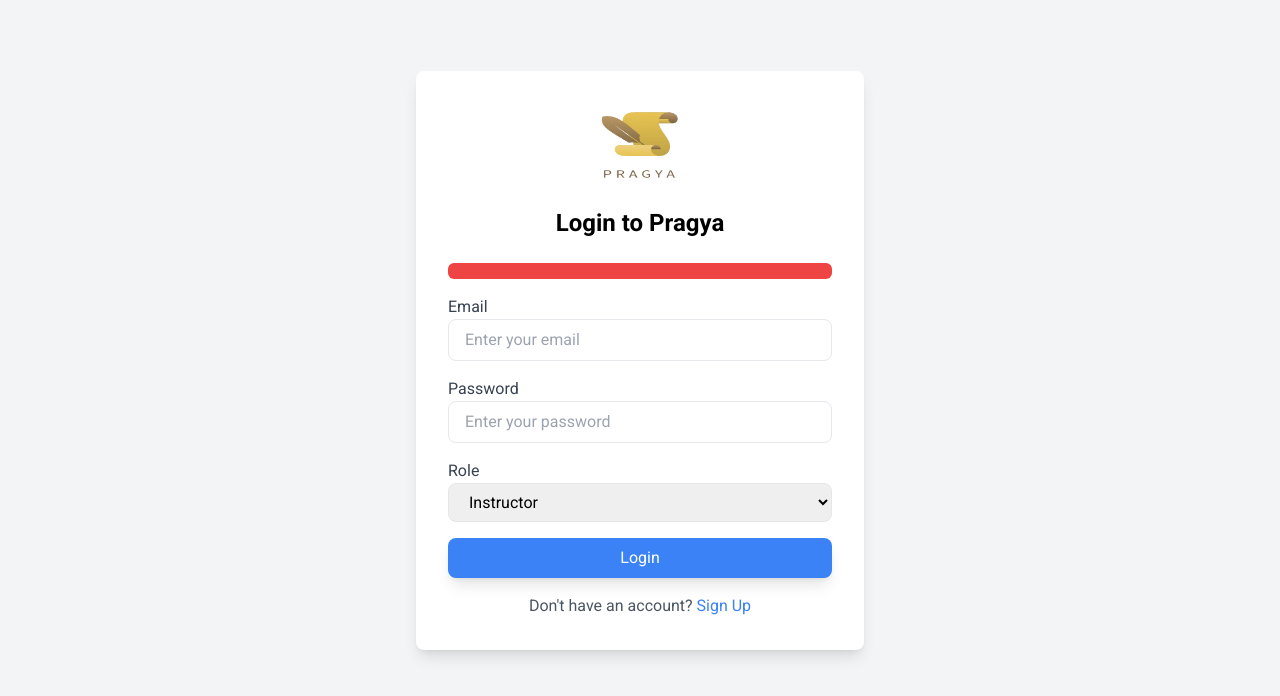
Repository: amii04/Intership_LearningManagementSystem
Page: http://localhost/LMS/login.jsp
These files come from the project's save history. The page is drawn as it stood at one moment and after the next save; the edit follows.
The browser window is 1280 px wide. The pictures show the whole page.
Some web libraries are served in a nearby version. The page is served by Tomcat 9. Other server files are loaded and not shown.

Above is the page before, as saved 2025-03-09 09:52:14.

### LMS/src/main/webapp/login.jsp

<!DOCTYPE html>
<html lang="en">
<head>
<meta charset="UTF-8">
<meta name="viewport" content="width=device-width, initial-scale=1.0">
<title>Login | Pragya</title>
<script src="https://cdn.tailwindcss.com"></script>
<link
	href="https://cdnjs.cloudflare.com/ajax/libs/font-awesome/5.15.3/css/all.min.css"
	rel="stylesheet" />
<link
	href="https://fonts.googleapis.com/css2?family=Roboto:wght@400;700&display=swap"
	rel="stylesheet" />
<style>
body {
	font-family: 'Roboto', sans-serif;
}

img {
	transform: rotate(180deg);
}
</style>
</head>
<body>

	<!-- Authentication Page -->
	<div class="min-h-screen flex items-center justify-center bg-gray-100">
		<div class="bg-white p-8 rounded-lg shadow-lg w-full max-w-md">
			<div class="flex justify-center mb-6">
				<img alt="Company logo" class="w-20 h-20" src="pragya.png" />
			</div>
			<h2 class="text-2xl font-bold mb-6 text-center">Login to Pragya</h2>

			<!-- Display error message dynamically -->
			<c:if test="${not empty errorMessage and errorMessage ne ''}">
				<div class="bg-red-500 text-white p-2 rounded-md mb-4 text-center">
					${errorMessage}</div>
			</c:if>

			<!-- Login Form -->
			<form action="login" method="post">
				<div class="mb-4">
					<label class="block text-gray-700">Email</label> <input
						type="email" name="email" value="${email}"
						class="w-full px-4 py-2 border rounded-lg focus:outline-none focus:ring-2 focus:ring-blue-500"
						placeholder="Enter your email" required />
				</div>
				<div class="mb-4">
					<label class="block text-gray-700">Password</label> <input
						type="password" name="password"
						class="w-full px-4 py-2 border rounded-lg focus:outline-none focus:ring-2 focus:ring-blue-500"
						placeholder="Enter your password" required />
				</div>
				<div class="mb-4">
					<label class="block text-gray-700">Role</label> <select name="role"
						class="w-full px-4 py-2 border rounded-lg focus:outline-none focus:ring-2 focus:ring-blue-500">
						<option value="INSTRUCTOR">Instructor</option>
						<option value="STUDENT">Student</option>
					</select>
				</div>
				<button type="submit"
					class="w-full bg-blue-500 text-white px-4 py-2 rounded-lg shadow-lg hover:bg-blue-600 transition duration-300">
					Login</button>
			</form>
			<p class="text-center text-gray-600 mt-4">
				Don't have an account? <a href="signup.jsp" class="text-blue-500">Sign
					Up</a>
			</p>
		</div>
	</div>

</body>
</html>

After the next save:
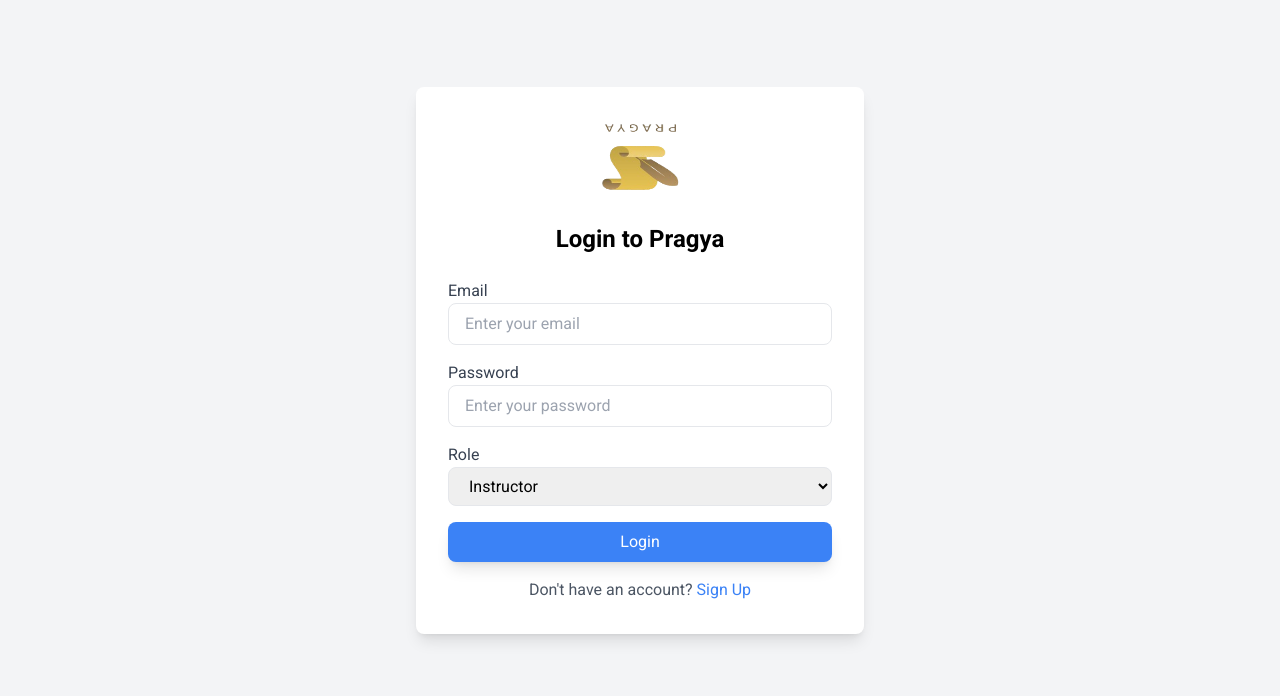
Saved 4 min 20 s later.
--- a/LMS/src/main/webapp/login.jsp
+++ b/LMS/src/main/webapp/login.jsp
@@ -1,3 +1,5 @@
+<%@ page language="java" contentType="text/html; charset=UTF-8" pageEncoding="UTF-8" %>
+<%@ taglib uri="http://java.sun.com/jsp/jstl/core" prefix="c" %>
 
 <!DOCTYPE html>
 <html lang="en">
@@ -6,69 +8,62 @@
 <meta name="viewport" content="width=device-width, initial-scale=1.0">
 <title>Login | Pragya</title>
 <script src="https://cdn.tailwindcss.com"></script>
-<link
-	href="https://cdnjs.cloudflare.com/ajax/libs/font-awesome/5.15.3/css/all.min.css"
-	rel="stylesheet" />
-<link
-	href="https://fonts.googleapis.com/css2?family=Roboto:wght@400;700&display=swap"
-	rel="stylesheet" />
+<link href="https://cdnjs.cloudflare.com/ajax/libs/font-awesome/5.15.3/css/all.min.css" rel="stylesheet" />
+<link href="https://fonts.googleapis.com/css2?family=Roboto:wght@400;700&display=swap" rel="stylesheet" />
 <style>
 body {
-	font-family: 'Roboto', sans-serif;
-}
-
-img {
-	transform: rotate(180deg);
+    font-family: 'Roboto', sans-serif;
 }
 </style>
 </head>
 <body>
 
-	<!-- Authentication Page -->
-	<div class="min-h-screen flex items-center justify-center bg-gray-100">
-		<div class="bg-white p-8 rounded-lg shadow-lg w-full max-w-md">
-			<div class="flex justify-center mb-6">
-				<img alt="Company logo" class="w-20 h-20" src="pragya.png" />
-			</div>
-			<h2 class="text-2xl font-bold mb-6 text-center">Login to Pragya</h2>
+<!-- Authentication Page -->
+<div class="min-h-screen flex items-center justify-center bg-gray-100">
+    <div class="bg-white p-8 rounded-lg shadow-lg w-full max-w-md">
+        <div class="flex justify-center mb-6">
+            <img alt="Company logo" class="w-20 h-20" src="pragya.png" />
+        </div>
+        <h2 class="text-2xl font-bold mb-6 text-center">Login to Pragya</h2>
 
-			<!-- Display error message dynamically -->
-			<c:if test="${not empty errorMessage and errorMessage ne ''}">
-				<div class="bg-red-500 text-white p-2 rounded-md mb-4 text-center">
-					${errorMessage}</div>
-			</c:if>
+        <!-- Display error message dynamically only if it exists -->
+        <c:if test="${not empty errorMessage}">
+            <div class="bg-red-500 text-white p-2 rounded-md mb-4 text-center">
+                ${errorMessage}
+            </div>
+        </c:if>
 
-			<!-- Login Form -->
-			<form action="login" method="post">
-				<div class="mb-4">
-					<label class="block text-gray-700">Email</label> <input
-						type="email" name="email" value="${email}"
-						class="w-full px-4 py-2 border rounded-lg focus:outline-none focus:ring-2 focus:ring-blue-500"
-						placeholder="Enter your email" required />
-				</div>
-				<div class="mb-4">
-					<label class="block text-gray-700">Password</label> <input
-						type="password" name="password"
-						class="w-full px-4 py-2 border rounded-lg focus:outline-none focus:ring-2 focus:ring-blue-500"
-						placeholder="Enter your password" required />
-				</div>
-				<div class="mb-4">
-					<label class="block text-gray-700">Role</label> <select name="role"
-						class="w-full px-4 py-2 border rounded-lg focus:outline-none focus:ring-2 focus:ring-blue-500">
-						<option value="INSTRUCTOR">Instructor</option>
-						<option value="STUDENT">Student</option>
-					</select>
-				</div>
-				<button type="submit"
-					class="w-full bg-blue-500 text-white px-4 py-2 rounded-lg shadow-lg hover:bg-blue-600 transition duration-300">
-					Login</button>
-			</form>
-			<p class="text-center text-gray-600 mt-4">
-				Don't have an account? <a href="signup.jsp" class="text-blue-500">Sign
-					Up</a>
-			</p>
-		</div>
-	</div>
+        <!-- Login Form -->
+        <form action="login" method="post">
+            <div class="mb-4">
+                <label class="block text-gray-700">Email</label>
+                <input type="email" name="email" value="${email}"
+                    class="w-full px-4 py-2 border rounded-lg focus:outline-none focus:ring-2 focus:ring-blue-500"
+                    placeholder="Enter your email" required />
+            </div>
+            <div class="mb-4">
+                <label class="block text-gray-700">Password</label>
+                <input type="password" name="password"
+                    class="w-full px-4 py-2 border rounded-lg focus:outline-none focus:ring-2 focus:ring-blue-500"
+                    placeholder="Enter your password" required />
+            </div>
+            <div class="mb-4">
+                <label class="block text-gray-700">Role</label>
+                <select name="role" class="w-full px-4 py-2 border rounded-lg focus:outline-none focus:ring-2 focus:ring-blue-500">
+                    <option value="INSTRUCTOR">Instructor</option>
+                    <option value="STUDENT">Student</option>
+                </select>
+            </div>
+            <button type="submit"
+                class="w-full bg-blue-500 text-white px-4 py-2 rounded-lg shadow-lg hover:bg-blue-600 transition duration-300">
+                Login
+            </button>
+        </form>
+        <p class="text-center text-gray-600 mt-4">
+            Don't have an account? <a href="signup.jsp" class="text-blue-500">Sign Up</a>
+        </p>
+    </div>
+</div>
 
 </body>
 </html>
